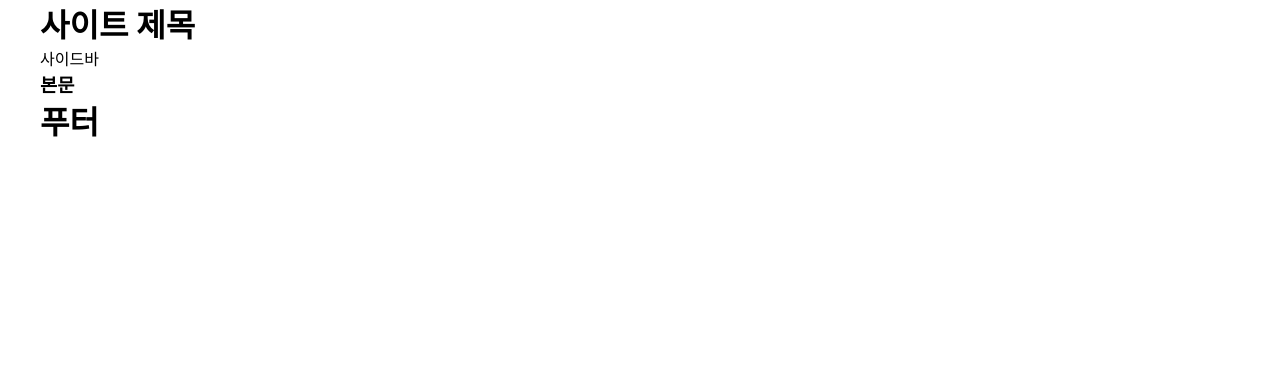
Repository: Kebiskim/2023_WebStudy
Page: 01_css/src/main/webapp/day02/Ex04_Layout_Float.html
An editor plug-in stored every save of this project. The page is shown before and after the next save, followed by the edit.
The browser window is 1280 px wide. The pictures show the whole page.

Above is the page before, as saved 2023-06-26 02:09:40.

After the next save:
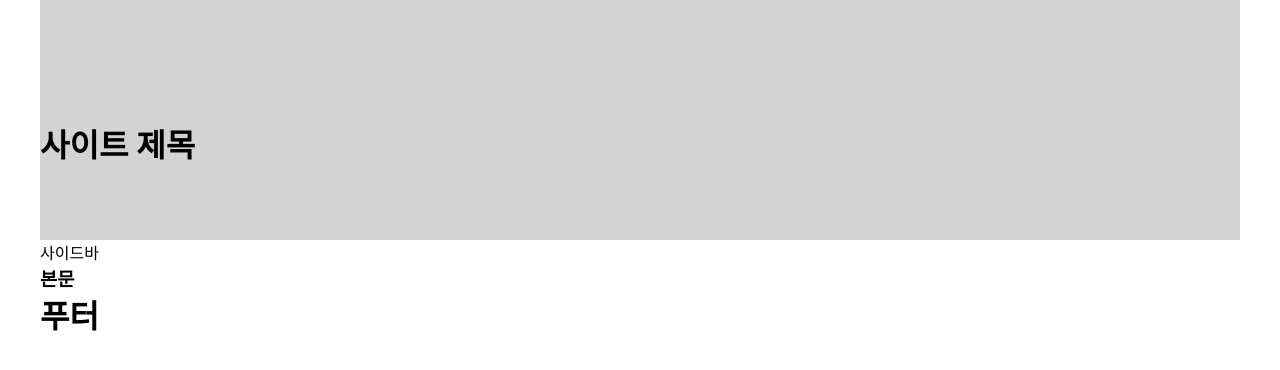
Saved 77 s later.
--- a/01_css/src/main/webapp/day02/Ex04_Layout_Float.html
+++ b/01_css/src/main/webapp/day02/Ex04_Layout_Float.html
@@ -15,6 +15,8 @@
 	}
 	#header{
 		width: 100%; /* 부모 요소의 너비와 같게. */
+		height: 120px;
+		background-color: lightgray;
 	}
 
 </style>
